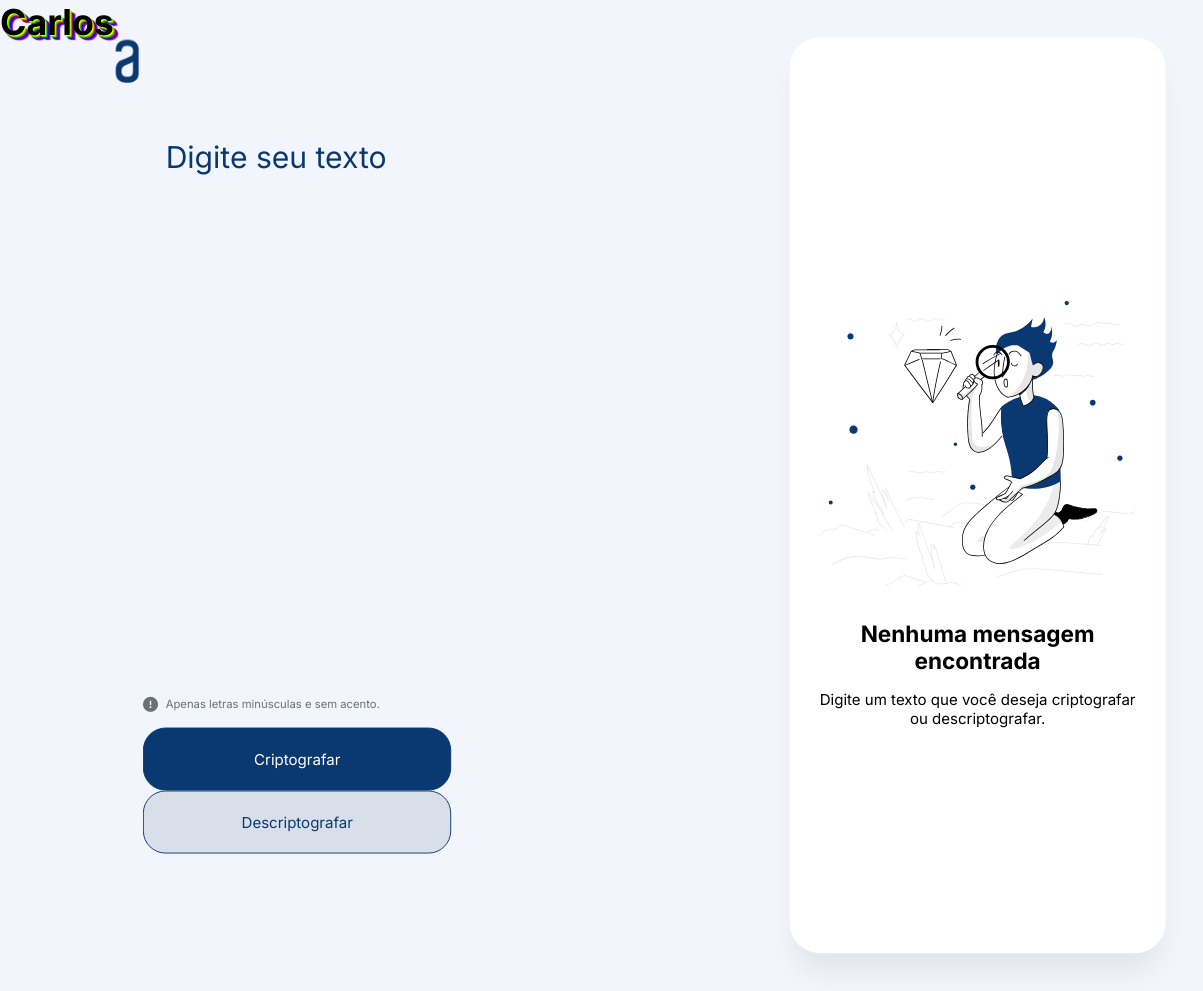
Repository: CarlosEduardoVdeOliveira/descodificador-de-texto
Page: index.html
An editor plug-in stored every save of this project. The page is shown before and after the next save, followed by the edit.
The browser window is 1280 px wide. The pictures show the whole page, at 94% of full size.

Above is the page before, as saved 2023-04-14 15:07:36.

After the next save:
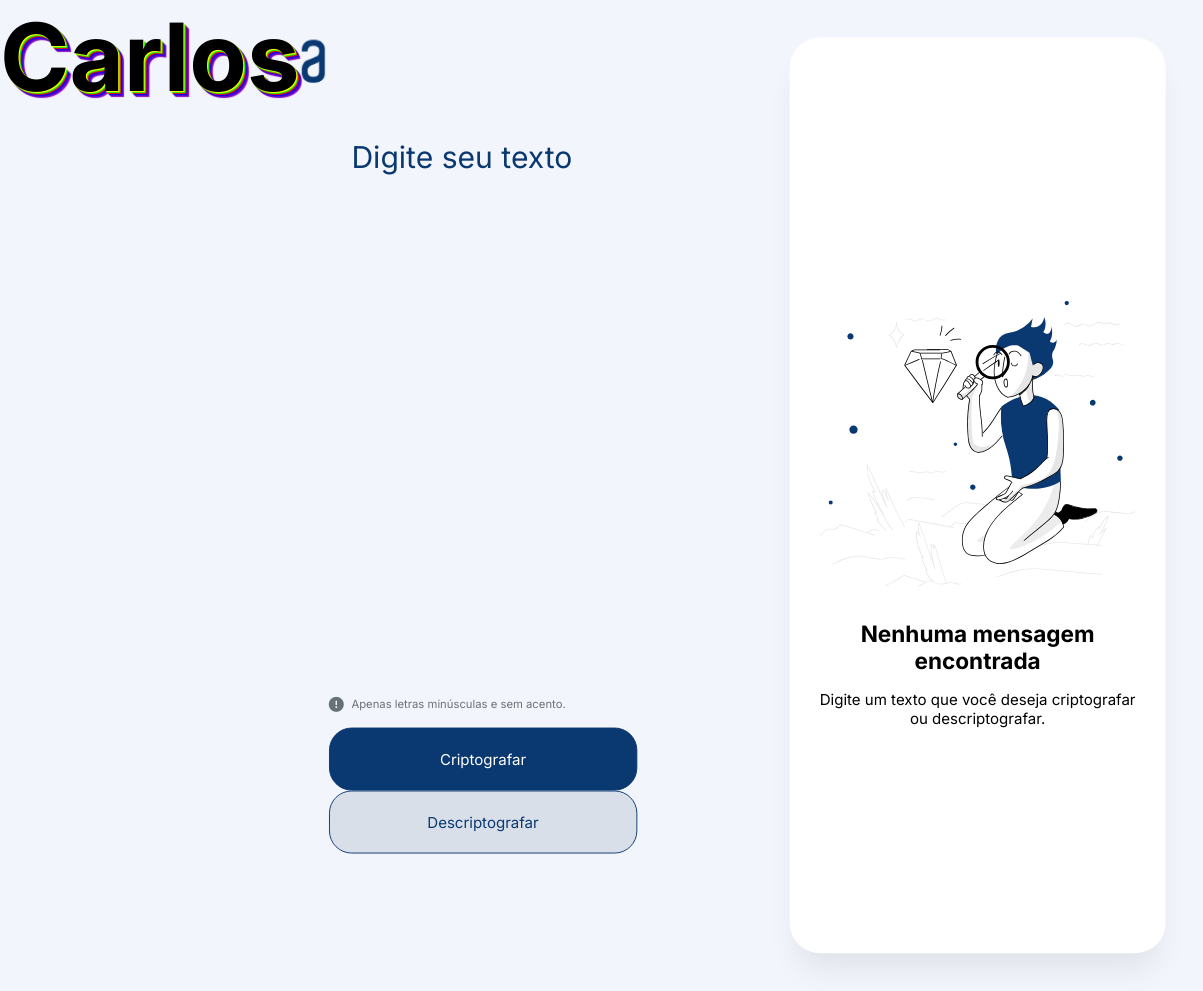
Saved 23 s later.
--- a/src/styles/index.css
+++ b/src/styles/index.css
@@ -123,7 +123,7 @@ textarea.textarea-output{
 
 
 #test{
-   font-size: 38px;
+   font-size: 100px;
    font-weight: bold;
    text-shadow: 1px 1px 1px yellow, 2px 2px 1px #00FF00,
    3px 3px 1px #FF0000, 4px 4px 1px #0000FF, 5px 5px 1px #560bcf, 6px 6px 1px #9511bd;
